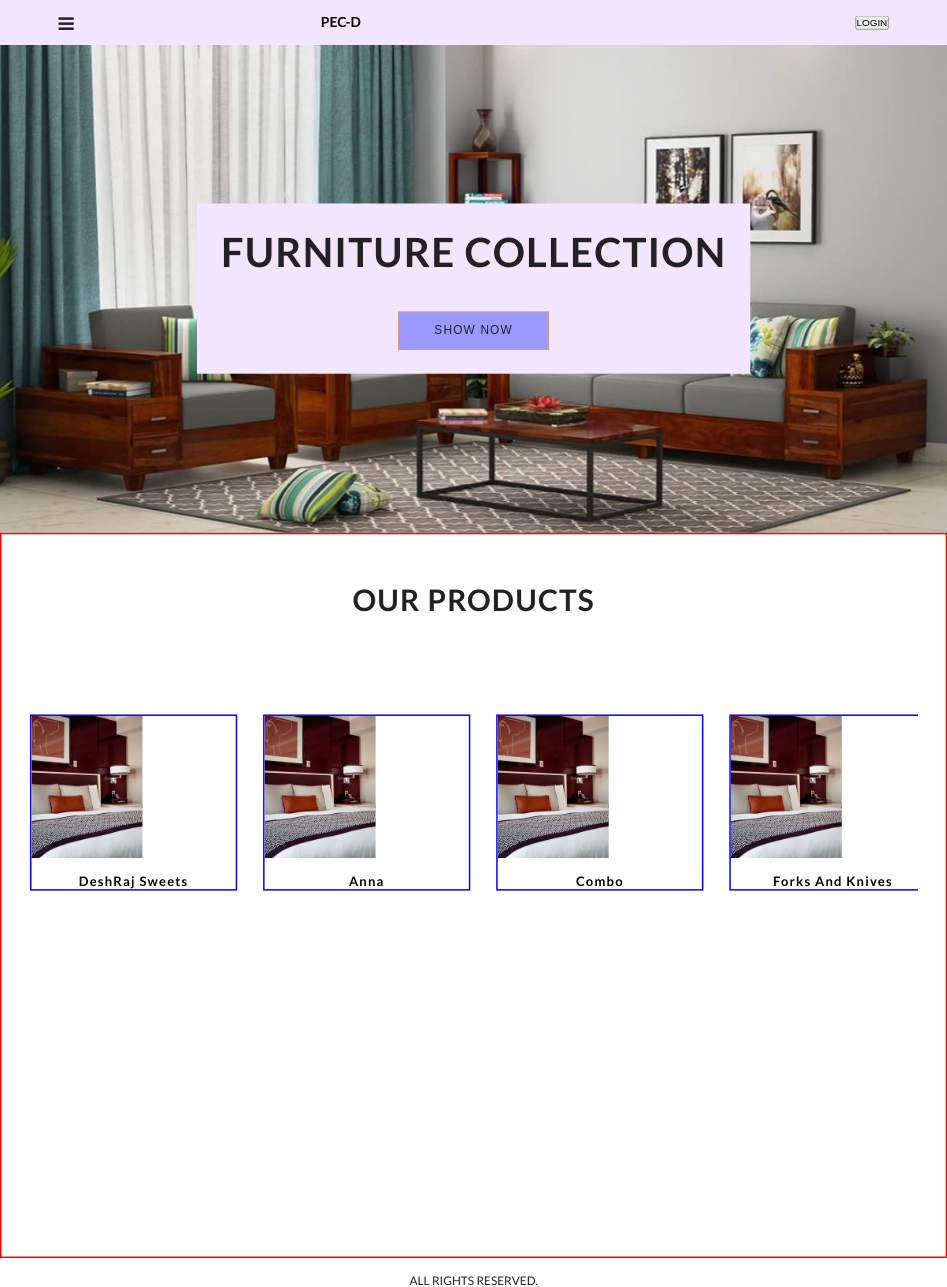
Repository: CHIR4G7/PEC-D
Page: http://localhost/
These files come from the project's save history. The page is drawn as it stood at one moment and after a run of saves; the edit follows.
The browser window is 1280 px wide. The pictures show the whole page, at 74% of full size.
The page is served by the project's Node server (app.js).

Above is the page before, as saved 2023-07-08 01:57:06.

### public/index.html
<!DOCTYPE html>
<html lang="en">

<head>
    <meta charset="UTF-8">
    <meta http-equiv="X-UA-Compatible" content="IE=edge">
    <meta name="viewport" content="width=device-width, initial-scale=1.0">
    <title>PEC-D</title>
    <link rel="stylesheet" href="https://cdnjs.cloudflare.com/ajax/libs/font-awesome/4.7.0/css/font-awesome.min.css">
    <link rel="stylesheet" href="css/style.css">
</head>

<body>
    <!-- navabr -->
    <nav class="navbar">
        <div class="navbar-center">
            <span class="nav-icon">
                <i class="fa fa-bars"></i>
            </span>
            <!-- <img src="/images/logo.svg" alt="logo" class="sr"> -->
            <h3 class="logo-name">PEC-D</h3>
            <div class="cart-btn">
                <!-- <span class="nav-icon">
                    <i class="fa fa-cart-plus"></i>
                </span> -->
                <!-- <div class="cart-items">0</div> -->
            </div>
            <button>LOGIN</button>
        </div>
    </nav>
    <!-- end of navbar -->

    <!-- hero -->
    <header class="hero">
        <div class="banner">
            <h1 class="banner-title">FURNITURE COLLECTION</h1>
            <button class="banner-btn" onclick="document.getElementById('con').scrollIntoView();">SHOW NOW</button>
        </div>
    </header>
    <!-- end of hero -->

    <!-- products -->
    <div class="products">
         <div class="section-title">
            <h2>OUR PRODUCTS</h2>
        </div>
        <div class="body1">
            <div class="content" id="con">
                <ul class="content-inner">
                    <!-- <li class="card">
                        <article class="product">
                            <div class="img-container">
                                <img src="/images/product-1.jpeg" alt="product" class="product-img">
                                <button class="bag-btn" data-id="1">
                                    <i class="fa fa-shopping-cart"></i>
                                    add to bag.
                                </button>
                            </div>
                            <h3>add name</h3>

                        </article>
                    </li>
                    <li class="card">
                        <article class="product">
                            <div class="img-container">
                                <img src="/images/product-1.jpeg" alt="product" class="product-img">
                                <button class="bag-btn" data-id="1">
                                    <i class="fa fa-shopping-cart"></i>
                                    add to bag.
                                </button>
                            </div>
                            <h3>add name</h3>

                        </article>
                    </li>
                    <li class="card">
                        <article class="product">
                            <div class="img-container">
                                <img src="/images/product-1.jpeg" alt="product" class="product-img">
                                <button class="bag-btn" data-id="1">
                                    <i class="fa fa-shopping-cart"></i>
                                    add to bag.
                                </button>
                            </div>
                            <h3>add name</h3>

                        </article>
                    </li> -->

                </ul>
            </div>
        </div>
        <div class="products-center">
            <!-- single product -->

            <!-- PRODCUT DETIALS -->
            <!-- <article class="product">
                <div class="img-container">
                    <img src="/images/product-1.jpeg" alt="product" class="product-img">
                    <button class="bag-btn" data-id="1">
                        <i class="fa fa-shopping-cart"></i>
                        add to bag.
                    </button>
                </div>
                <h3>add name</h3>

            </article> -->
            <!-- THIS IS END OF PRODUCT DETIALS -->

            <!-- PRODCUT DETIALS -->
            <!-- <article class="product">
                <div class="img-container">
                    <img src="/images/product-8.jpeg" alt="product" class="product-img">
                    <button class="bag-btn" data-id="1">
                        <i class="fa fa-shopping-cart"></i>
                        add to bag.
                    </button>
                </div>
                <h3>TABLE</h3>
                <h4>$11.99</h4>
            </article> -->
            <!-- THIS IS END OF PRODUCT DETIALS -->

            <!-- PRODCUT DETIALS -->
            <!-- <article class="product">
                <div class="img-container">
                    <img src="/images/product-7.jpeg" alt="product" class="product-img">
                    <button class="bag-btn" data-id="1">
                        <i class="fa fa-shopping-cart"></i>
                        add to bag.
                    </button>
                </div>
                <h3>COUCH</h3>
                <h4>$42.99</h4>
            </article> -->
            <!-- THIS IS END OF PRODUCT DETIAL -->

            <!-- PRODCUT DETIALS -->
            <!-- <article class="product">
                <div class="img-container">
                    <img src="/images/product-2.jpeg" alt="product" class="product-img">
                    <button class="bag-btn" data-id="1">
                        <i class="fa fa-shopping-cart"></i>
                        add to bag.
                    </button>
                </div>
                <h3>KING PANEL BED</h3>
                <h4>$12.99</h4>
            </article> -->
            <!-- THIS IS END OF PRODUCT DETIALS -->

            <!-- PRODCUT DETIALS -->
            <!-- <article class="product">
                <div class="img-container">
                    <img src="/images/product-5.jpeg" alt="product" class="product-img">
                    <button class="bag-btn" data-id="1">
                        <i class="fa fa-shopping-cart"></i>
                        add to bag.
                    </button>
                </div>
                <h3>FRIDGE</h3>
                <h4>$34.99</h4>
            </article> -->
            <!-- THIS IS END OF PRODUCT DETIALS -->

            <!-- PRODCUT DETIALS -->
            <!-- <article class="product">
                <div class="img-container">
                    <img src="/images/product-6.jpeg" alt="product" class="product-img">
                    <button class="bag-btn" data-id="1">
                        <i class="fa fa-shopping-cart"></i>
                        add to bag.
                    </button>
                </div>
                <h3>DRESSER</h3>
                <h4>$22.99</h4>
            </article> -->
            <!-- THIS IS END OF PRODUCT DETIALS -->

            <!-- PRODCUT DETIALS -->
            <!-- <article class="product">
                <div class="img-container">
                    <img src="/images/product-3.jpeg" alt="product" class="product-img">
                    <button class="bag-btn" data-id="1">
                        <i class="fa fa-shopping-cart"></i>
                        add to bag.
                    </button>
                </div>
                <h3>TWIN PANEL BED</h3>
                <h4>$17.99</h4>
            </article> -->
            <!-- THIS IS END OF PRODUCT DETIALS -->

            <!-- PRODCUT DETIALS -->
            <!-- <article class="product">
                <div class="img-container">
                    <img src="/images/product-4.jpeg" alt="product" class="product-img">
                    <button class="bag-btn" data-id="1">
                        <i class="fa fa-shopping-cart"></i>
                        add to bag.
                    </button>
                </div>
                <h3>SINGLE PANEL BED</h3>
                <h4>$23.99</h4>
            </article> -->
            <!-- THIS IS END OF PRODUCT DETIALS -->
        </div>
    </div>
    <!-- end of products -->




    <!-- CART BEGINS -->
    <!-- <div class="cart-overlay">
        <div class="cart">
            <span class="close-cart">
                <i class="fa fa-window-close"></i>
            </span>
            <h2>YOUR CART</h2>
            <div class="cart-content">
                 cart item
                 <div class="cart-item"> -->
                    <!-- <img src="/images/product-1.jpeg" alt="product">
                    <div>
                        <h4>QUEEN BED</h4>
                        <h5>$9.00</h5>
                        <span class="remove-item">Remove</span>
                    </div>
                    <div>
                        <i class="fa fa-chevron-up"></i>
                        <p class="item-amount">0</p>
                        <i class="fa fa-chevron-down"></i>
                    </div> -->
                <!-- </div> -->
                <!-- end of cart item -->

            </div>

            <!-- <div class="cart-footer">
                <h3>YOUR TOTAL : $ <span class="cart-total"></span></h3>
                <button class="clear-cart banner-btn">CLEAR CART</button>
            </div>

        </div> -->
    </div>
    <!-- CART ENDS -->
    <!-- FOOOTER -->
    <div class="footer">
        ALL RIGHTS RESERVED.
    </div>
    <!-- END OF THE FOOTER -->

    <script src="src/script.js"></script>
</body>

</html>

### app.js
import express from "express";
import bodyParser from "body-parser";

const app = express();
const port = 5002;
app.use(express.static("public"))
app.use(bodyParser.urlencoded({extended:true}));
app.set("view engine","ejs");


app.get("/",(request,response)=>
{
    response.sendFile("/Users/chirag/Desktop/PEC D/public/index.html");
})

app.listen(port,()=>
{
    console.log("server working");
})

### public/css/style.css
@import url("https://fonts.googleapis.com/css?family=Lato:400,700");


/* creating variables */
:root {
    --primaryColor: #f09d51;
    --mainWhite: #fff;
    --mainBlack: #222;
    --mainGrey: #ececec;
    --mainSpacing: 0.1rem;
    --mainTransition: all 0.3s linear;
}

/* resetting elements */
* {
    margin: 0;
    padding: 0;
    box-sizing: border-box;
}


body {
    color: var(--mainBlack);
    background: var(--mainWhite);
    font-family: "Lato", sans-serif;
}


/* navbar */
.navbar {
    position: sticky;
    top: 0;
    height: 60px;
    width: 100%;
    display: flex;
    align-items: center;
    background: #f2e6ff;
    z-index: 1;
}

.logo-name
{
    color: black;
}

.navbar-center {
    width: 100%;
    max-width: 1170px;
    margin: 0 auto;
    display: flex;
    align-items: center;
    justify-content: space-between;
    padding: 0 1.5rem;
}

.nav-icon {
    font-size: 1.5rem;
}

.cart-btn {
    position: relative;
    cursor: pointer;
}

.cart-items {
    position: absolute;
    top: -8px;
    right: -8px;
    background: var(--primaryColor);
    padding: 0 5px;
    border-radius: 30%;
    color: var(--mainWhite);
}

/* hero */
.hero {
    min-height: calc(100vh - 60px);
    background: url("./images/bg-3.jpg") center/cover no-repeat;
    display: flex;
    align-items: center;
    justify-content: center;
  }
  .banner {
    text-align: center;
    background: #f2e6ff;
    display: inline-block;
    padding: 2rem;
  }
  .banner-title {
    font-size: 3.4rem;
    text-transform: uppercase;
    letter-spacing: var(--mainSpacing);
    margin-bottom: 3rem;
  }
  .banner-btn {
    padding: 1rem 3rem;
    text-transform: uppercase;
    letter-spacing: var(--mainSpacing);
    font-size: 1rem;
    background: #9999FF;
    color: var(--mainBlack);
    border: 1px solid var(--primaryColor);
    transition: var(--mainTransition);
    cursor: pointer;
  }
  .banner-btn:hover {
    background: transparent;
    color: var(--primaryColor);
  }


  /* products */
  .products {
    padding: 4rem 0;
    border: 2px solid red;
  }
  .section-title h2 {
    text-align: center;
    font-size: 2.5rem;
    margin-bottom: 5rem;
    text-transform: capitalize;
    letter-spacing: var(--mainSpacing);
  }
  .products-center {
    width: 90vw;
    margin: 0 auto;
    max-width: 1170px;
    display: grid;
    grid-template-columns: repeat(auto-fit, minmax(260px, 1fr));
    grid-column-gap: 1.5rem;
    grid-row-gap: 2rem;
  }
  .img-container {
    position: relative;
    overflow: hidden;
  }
  .bag-btn {
    position: absolute;
    top: 70%;
    right: 0;
    background: var(--primaryColor);
    border: none;
    text-transform: uppercase;
    padding: 0.5rem 0.75rem;
    letter-spacing: var(--mainSpacing);
    font-weight: bold;
    transition: var(--mainTransition);
    transform: translateX(101%);
    cursor: pointer;
  }
  .bag-btn:hover {
    color: var(--mainWhite);
  }
  .fa-shopping-cart {
    margin-right: 0.5rem;
  }
  .img-container:hover .bag-btn {
    transform: translateX(0);
  }
  .product-img {
    display: block;
    width: 100%;
    min-height: 12rem;
    transition: var(--mainTransition);
  }
  .img-container:hover .product-img {
    opacity: 0.5;
  }

  .product
  {
    border: 2px solid blue;
  }

  .product h3 {
    text-transform: capitalize;
    font-size: 1.1rem;
    margin-top: 1rem;
    letter-spacing: var(--mainSpacing);
    text-align: center;
  }

  .product h4 {
    margin-top: 0.7rem;
    letter-spacing: var(--mainSpacing);
    color: var(--primaryColor);
    text-align: center;
  }


   /* slider*/

   .body1
{
    display: flex;

    justify-content: center;
    min-height: 100vh;
    /* background-color: lawngreen; */
    /* border: 2px solid yellow; */
    padding: 0 35px;
}
.card img
{
    height: 150px;
    width: 150px;
    margin-bottom: 5px;
    object-fit: cover;
}
.content
{
    max-width: 1200px;
    width: 100%;
    /* position: relative; */
    /* border: 2px solid red; */
}
.content .content-inner
{
    display: grid;
    grid-auto-flow: column;
    grid-auto-columns: 25%;
    gap: 15px;
    /* overflow: hidden; */
    overflow-x: auto;
    scroll-snap-type: x mandatory;
    scroll-behavior: smooth;
    scrollbar-width: 0;

}
.content .card
{
    list-style: none;
    /* background-color: lightblue; */
    color: black;
    border-radius: 10px;
    height: 342px;
     display: flex;
    flex-direction: column;
    /*align-items: center;*/
    justify-content: center;
    cursor: pointer;
    width: 280px;

}
.content i
{
    height: 30px;
    width: 50px;
    margin: 10px;
    background-color: wheat;
    color: black;
    text-align: center;
    line-height: 25px;
    border-radius: 50%;
    cursor: pointer;
}
.card-item
{
    display: flex;
    flex-direction: column;
    justify-content: center;
    align-items: center;
    margin: 15px;
    padding-top: 5px;
}
.card-item h4
{
    margin-bottom: 4px;
}

@media screen and (max-width : 600px) {
  .content .content-inner{
      grid-auto-columns: 100%;
      min-width: 300px;
  }
}

/* ENDING SLIDER WINDOW HERE */

  /* cart */
  .cart-overlay {
    position: fixed;
    top: 0;
    right: 0;
    width: 100%;
    height: 100%;
    transition: var(--mainTransition);
    background: rgb(240, 157, 81, 0.5);
    z-index: 2;
    visibility: hidden;
  }
  .cart {
    position: fixed;
    top: 0;
    right: 0;
    width: 100%;
    height: 100%;
    overflow: scroll;
    z-index: 3;
    background: rgb(231, 226, 221);
    padding: 1.5rem;
    transition: var(--mainTransition);
    transform: translateX(100%);
  }
  .showCart {
    transform: translateX(0);
  }
  .transparentBcg {
    visibility: visible;
  }
  @media screen and (min-width: 768px) {
    .cart {
      width: 30vw;
      min-width: 450px;
    }
  }

  .close-cart {
    font-size: 1.7rem;
    cursor: pointer;
  }
  .cart h2 {
    text-transform: capitalize;
    text-align: center;
    letter-spacing: var(--mainSpacing);
    margin-bottom: 2rem;
  }
  /*---------- Cart Item -------------------- */
  .cart-item {
    display: grid;
    align-items: center;
    grid-template-columns: auto 1fr auto;
    grid-column-gap: 1.5rem;
    margin: 1.5rem 0;
  }
  .cart-item img {
    width: 75px;
    height: 75px;
  }
  .cart-item h4 {
    font-size: 0.85rem;
    text-transform: capitalize;
    letter-spacing: var(--mainSpacing);
  }
  .cart-item h5 {
    margin: 0.5rem 0;
    letter-spacing: var(--mainSpacing);
  }
  .item-amount {
    text-align: center;
  }
  .remove-item {
    color: black;
    cursor: pointer;
  }
  .fa-chevron-up,
  .fa-chevron-down {
    color: var(--primaryColor);
    cursor: pointer;
  }
  /*---------- End of Cart Item -------------------- */

  .cart-footer {
    margin-top: 2rem;
    letter-spacing: var(--mainSpacing);
    text-align: center;
  }
  .cart-footer h3 {
    text-transform: capitalize;
    margin-bottom: 1rem;
  }


  /* FOOTER */
  .footer
  {
    position: relative;
    text-align: center;
    top: 20px;
  }

### public/src/script.js


const productsDOM = document.querySelector('.content-inner');

let shoparray = [];//ISME SAAARI KI SAARI DETAILS PADI HAIN PRODUCT K

class Shops{

    async getProducts() {
        try {
            let result = await fetch('./shops.json');
            let data = await result.json();

            //destructuring
            const shopsArray = data.shops.map(shop => ({ id: shop.id, name: shop.sname, image: shop.image}));

            return shopsArray;
        }
        catch (error) {
            console.log("r");
        }
    }

};

class display
{
    displayShops(shops)
    {
        let result = '';
       shops.forEach((shop)=>
       {
        console.log(shop.id);
        // result+=`${shop.id}`
        result+=` <li class="card">
        <article class="product">
            <div class="img-container">
                <img src="/images/product-1.jpeg" alt="product" class="product-img">
                <button class="bag-btn" data-id="1">

                    VISIT
                </button>
            </div>
            <h3>${shop.name}</h3>

        </article>
    </li>`;

       })
    //    console.log("c");
    productsDOM.innerHTML = result;
    }
};





//displaying the products

function displayProducts(shoparray)
{
    let result = '';
    shoparray.forEach(product => {
        result += `      <article class="product">
        <div class="img-container">
            <img src="/images/product-1.jpeg" alt="product" class="product-img">
            <button class="bag-btn" data-id=${product.id}>
                <i class="fa fa-shopping-cart"></i>
                add to bag.
            </button>
        </div>
        <h3>${product.name}</h3>`;
        console.log(product);
    })
    productsDOM.innerHTML = result;
}


    // console.log(shoparray);

    // till here
    document.addEventListener("DOMContentLoaded", () => {
        //when dom loads get the product info stored in an array SHOPSARRAY
        // (async function () {
        //     try {
        //         const shopsarray = await getProducts();
        //         shopsarray.forEach((e) => {
        //             shoparray.push(e);
        //         })
        //     }
        //     catch (error) {
        //         console.log(error);
        //     }
        // })();
        // console.log(shoparray);
        // displayProducts(shoparray);
        const shops = new Shops();
        const displaying = new display();

        shops.getProducts().then(products=>
            {
                displaying.displayShops(products);
                // console.log(products);
            })

    })

### public/shops.json
{
    "shops" :
    [
        {
            "id" : 1,
            "sname" : "DeshRaj Sweets",
            "image" : "public/images/product-1.jpeg"
        },
        {
            "id" : 2,
            "sname" : "Anna",
            "image" : "public/images/product-1.jpeg"
        },
        {
            "id" : 3,
            "sname" : "Combo",
            "image" : "public/images/product-1.jpeg"
        },
        {
            "id" : 4,
            "sname" : "Forks and Knives",
            "image" : "public/images/product-1.jpeg"
        },
        {
            "id" : 5,
            "sname" : "Pandit",
            "image" : "public/images/product-1.jpeg"
        },
        {
            "id" : 6,
            "sname" : "Yankess",
            "image" : "public/images/product-1.jpeg"
        }
    ]
}

After the next 2 saves:
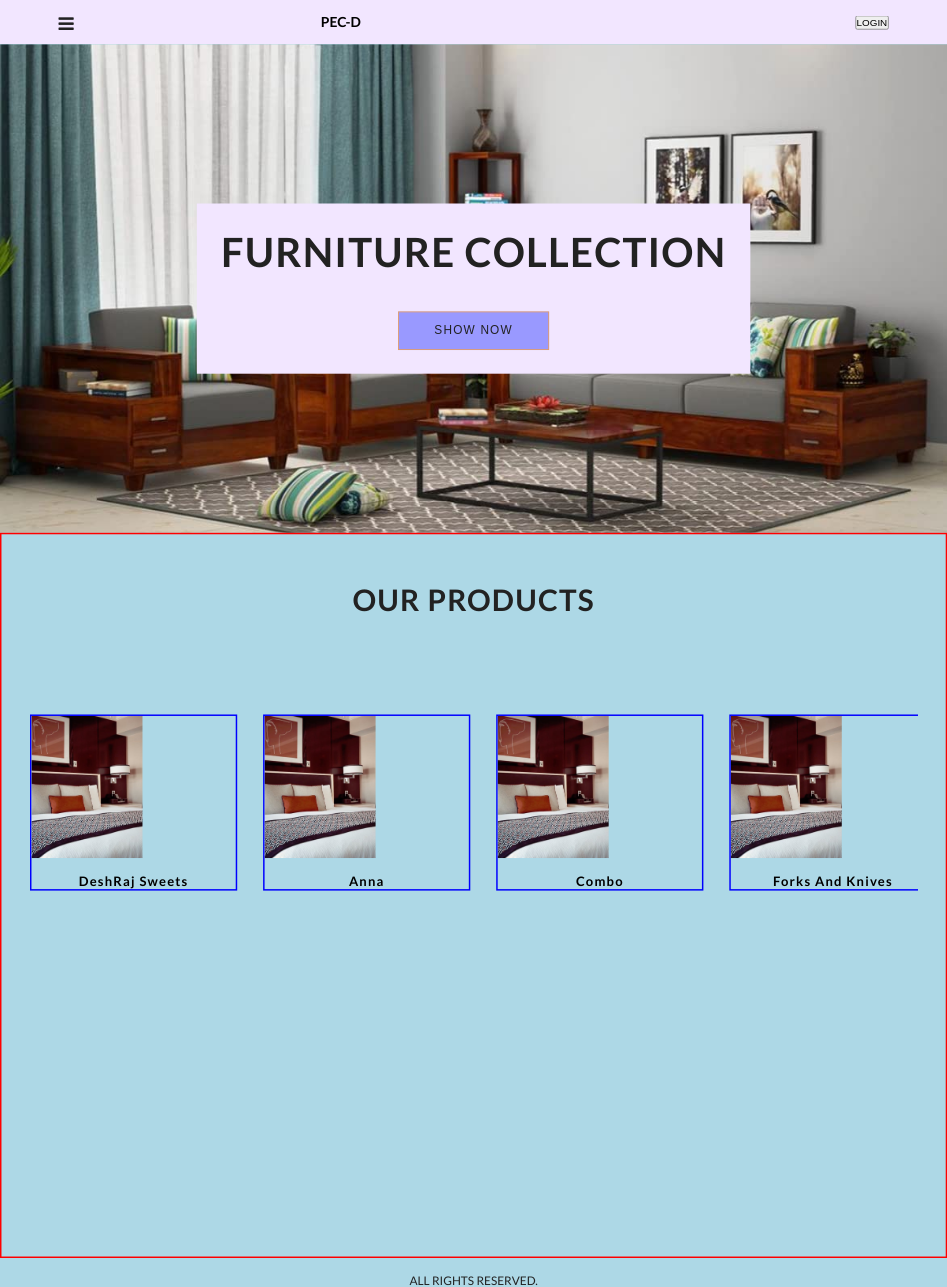
The 2 saves are shown as one change because they came seconds apart.
The last was saved 3 min 2 s later.
--- a/public/css/style.css
+++ b/public/css/style.css
@@ -21,7 +21,7 @@
 
 body {
     color: var(--mainBlack);
-    background: var(--mainWhite);
+    background: lightblue;
     font-family: "Lato", sans-serif;
 }
 
